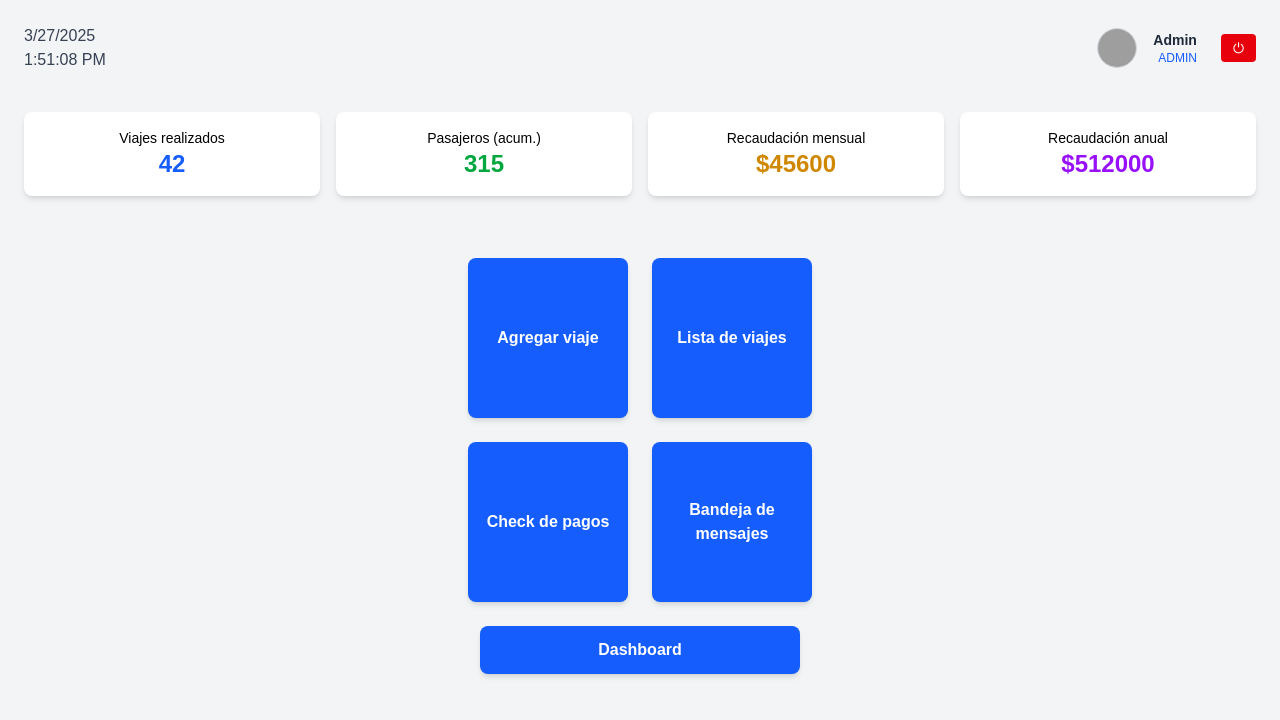
Repository: francoluca35/appcolectivos
Page: /homeadmin
These files come from the project's save history. The page is drawn as it stood at one moment and after the next save; the edit follows.
The browser window is 1280 px wide. The pictures show the whole page.
Pictures or frames that could not be fetched are drawn as grey boxes. The project was rebuilt for these pictures with package versions that can differ from the ones it lists, and the page was loaded fresh each time. The framework's server and built-in components were replaced by stand-ins that run in the browser. Also part of the build but not shown: next.config.mjs.

Above is the page before, as saved 2025-03-27 23:12:45.

After the next save:
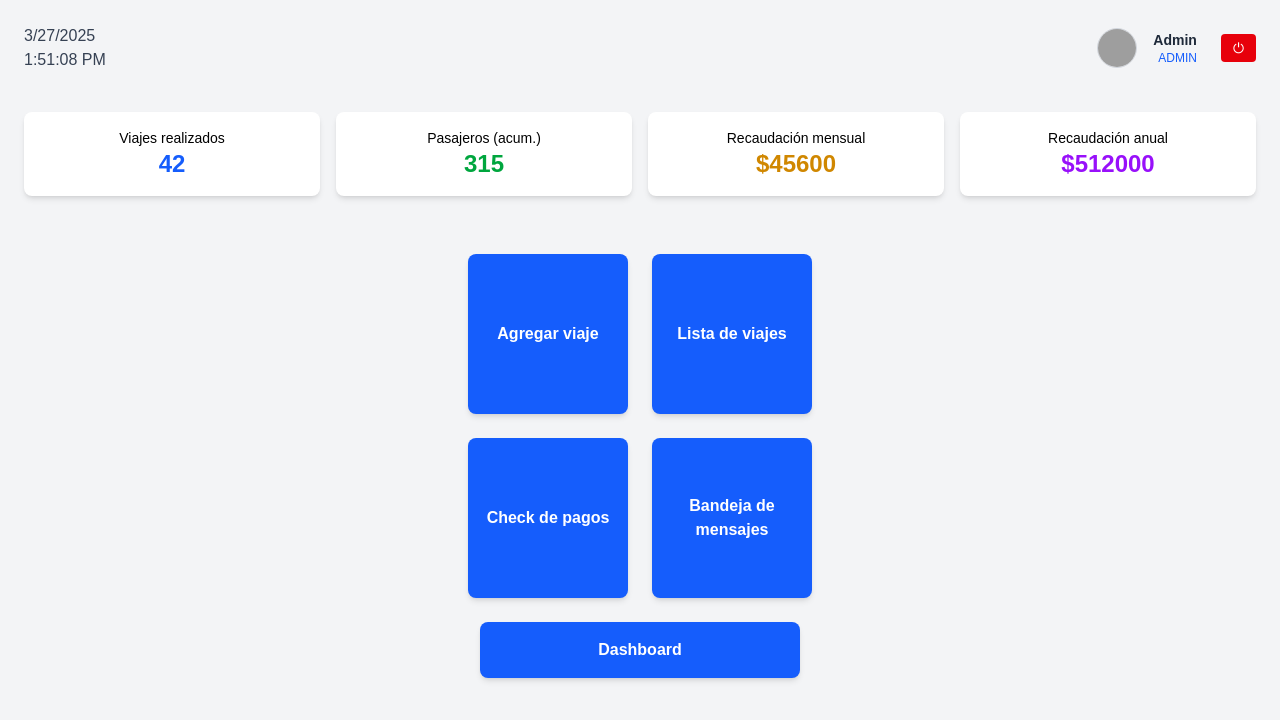
Saved 29 s later.
--- a/src/app/homeadmin/page.js
+++ b/src/app/homeadmin/page.js
@@ -86,7 +86,7 @@ export default function HomeAdmin() {
         {/* Botón Dashboard */}
         <button
           onClick={() => router.push("/dashboard")}
-          className="w-80 h-12 bg-blue-600 text-white font-semibold rounded-lg shadow-md hover:bg-blue-700 transition"
+          className="w-80 h-14 bg-blue-600 text-white font-semibold rounded-lg shadow-md hover:bg-blue-700 transition"
         >
           Dashboard
         </button>
